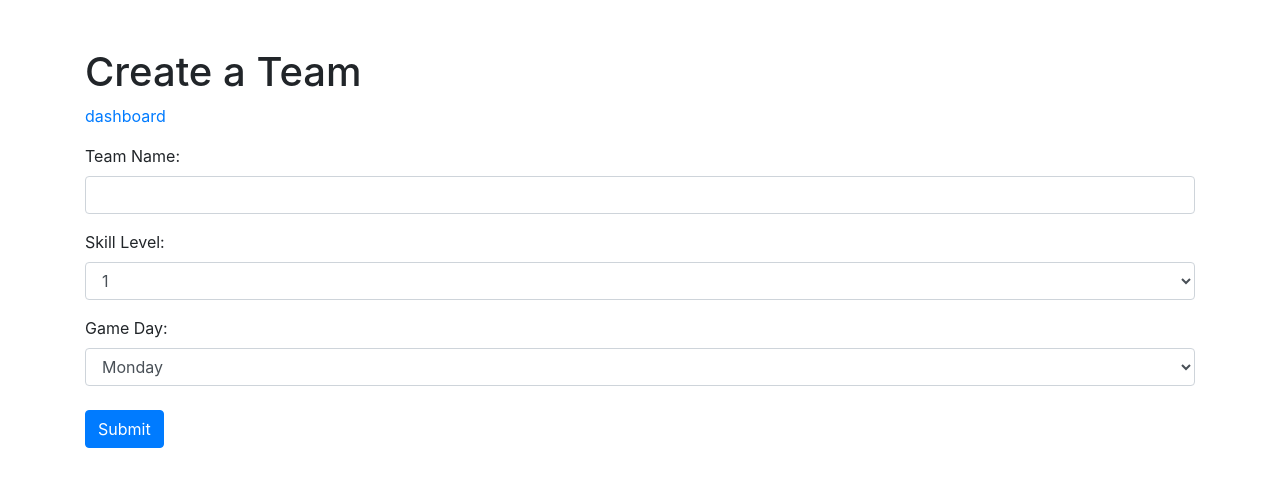
Repository: SirAsrrath/Coding
Page: http://localhost/BlackBelt/WEB-INF/editTeam.jsp
An editor plug-in stored every save of this project. The page is shown before and after the next save, followed by the edit.
The browser window is 1280 px wide. The pictures show the whole page.
The page is served by Tomcat 10. Nobody is signed in. The template is opened directly, without the code that normally fills it, so the values that code supplies are empty.

Above is the page before, as saved 2023-11-15 04:32:59.

After the next save:
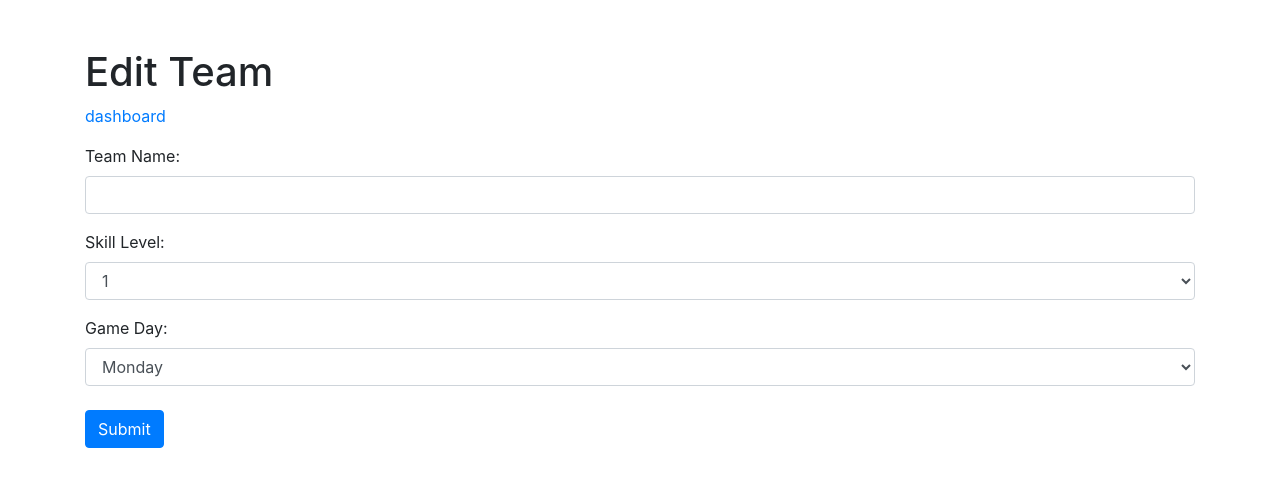
Saved 89 s later.
--- a/Java/BlackBelt/src/main/webapp/WEB-INF/editTeam.jsp
+++ b/Java/BlackBelt/src/main/webapp/WEB-INF/editTeam.jsp
@@ -14,7 +14,7 @@
 <body>
 
 <div class="container">
-    <h1 class="mt-5">Create a Team</h1>
+    <h1 class="mt-5">Edit Team</h1>
     <p>
         <a href="/home">dashboard</a>
     </p>
